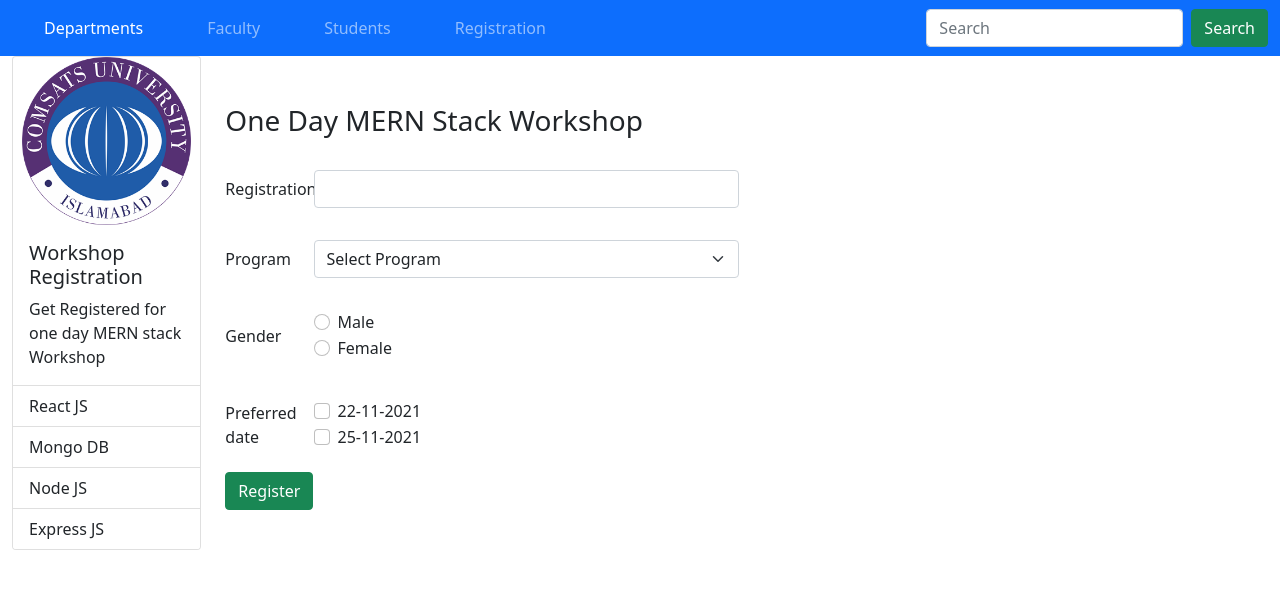
Repository: SaudCh/Web-Mid-Exams
Page: /register
An editor plug-in stored every save of this project. The page is shown before and after the next save, followed by the edit.
The browser window is 1280 px wide. The pictures show the whole page.
The project was rebuilt for these pictures with package versions that can differ from the ones it lists, and the page was loaded fresh each time. Also part of the build but not shown: src/Invalid/invalid.jsx, src/Students/student.jsx.

Above is the page before, as saved 2021-11-27 09:33:15.

### src/App.js
import React from "react";
import {
  BrowserRouter as Router,
  Switch,
  Route,
  Redirect,
} from "react-router-dom";
import "../node_modules/bootstrap/dist/css/bootstrap.min.css";
import "../node_modules/bootstrap/dist/js/bootstrap.bundle.min";
import Header from "./Shared/Header";
import SideBar from "./Shared/SideBar";
import Register from "./Register/register";
import Invalid from "./Invalid/invalid";
import Student from "./Students/student";

export default function App() {
  return (
    <Router>
      <Header />
      <div className="container-fluid">
        <div className="row">
          <div className="col-12 col-md-2">
            <SideBar />
          </div>
          <div className="col-12 col-md-10">
            <Switch>
              <Route path="/" exact>
                <div></div>
              </Route>
              <Route path="/register/" exact>
                <Register />
              </Route>
              <Route path="/invalid/" exact>
                <Invalid />
              </Route>
              <Route path="/list/:register/:program/:gender/:date" exact>
                <Student />
              </Route>
              <Redirect to="/invalid/" />
            </Switch>
          </div>
        </div>
      </div>
    </Router>
  );
}

### src/Shared/Header.jsx
import React from "react";
import "./Header.css";
import { Link } from "react-router-dom";
export default function Header() {
  return (
    <nav class="navbar navbar-expand-lg navbar-dark bg-primary">
      <div class="container-fluid">
        <Link to="/" class="navbar-brand logo" href="#">
          COMSATS University Islamabad
        </Link>
        <button
          class="navbar-toggler"
          type="button"
          data-bs-toggle="collapse"
          data-bs-target="#navbarSupportedContent"
          aria-controls="navbarSupportedContent"
          aria-expanded="false"
          aria-label="Toggle navigation"
        >
          <span class="navbar-toggler-icon"></span>
        </button>
        <div class="collapse navbar-collapse" id="navbarSupportedContent">
          <ul class="navbar-nav me-auto mb-2 mb-lg-0">
            <li class="nav-item mx-md-4">
              <Link to="/" class="nav-link active" aria-current="page" href="#">
                Departments
              </Link>
            </li>
            <li class="nav-item mx-md-4">
              <Link to="/" class="nav-link" href="#">
                Faculty
              </Link>
            </li>

            <li class="nav-item mx-md-4">
              <Link
                to="/list/sp19-bcs-078/BCS/Male/22-11-201"
                class="nav-link"
                href="#"
                tabindex="-1"
                aria-disabled="true"
              >
                Students
              </Link>
            </li>
            <li class="nav-item mx-md-4">
              <Link
                to="/register/"
                class="nav-link"
                href="#"
                tabindex="-1"
                aria-disabled="true"
              >
                Registration
              </Link>
            </li>
          </ul>
          <form class="d-flex">
            <input
              class="form-control me-2"
              type="search"
              placeholder="Search"
              aria-label="Search"
            />
            <button
              class="btn btn-outline-success btn-success text-white"
              type="submit"
            >
              Search
            </button>
          </form>
        </div>
      </div>
    </nav>
  );
}

### src/Shared/SideBar.jsx
import React from "react";

export default function SideBar() {
  return (
    <div class="card">
      <img
        src={process.env.PUBLIC_URL + "/comsats-logo.png"}
        class="card-img-top"
        style={{ width: "90%", alignSelf: "center" }}
        alt="..."
      />
      <div class="card-body">
        <h5 class="card-title">Workshop Registration</h5>
        <p class="card-text">Get Registered for one day MERN stack Workshop</p>
      </div>
      <ul class="list-group list-group-flush">
        <li class="list-group-item">React JS</li>
        <li class="list-group-item">Mongo DB</li>
        <li class="list-group-item">Node JS</li>
        <li class="list-group-item">Express JS</li>
      </ul>
    </div>
  );
}

### src/Register/register.jsx
import React, { useRef, useState } from "react";
import { Link, useHistory } from "react-router-dom";
import { Formik, Form, Field } from "formik";
import * as Yup from "yup";

export default function Register() {
  let history = useHistory();
  // const handleSubmit = (e) => {
  //   e.preventDefault();

  //   history.push(
  //     `/list/${Registration.current.value}/${Program.current.value}/male/22-11-2021`
  //   );
  // };

  const SignupSchema = Yup.object().shape({
    registration: Yup.string().required("Registration Required"),
    program: Yup.string().required("Program Required"),
    gender: Yup.string().required("Gender Required"),
    date: Yup.array().min(1, "Date Required").max(1, "Max 1 Date"),
  });

  return (
    <div className="my-5">
      <h3>One Day MERN Stack Workshop</h3>
      <Formik
        initialValues={{
          registration: "",
          program: "",
          gender: "",
          date: [],
        }}
        validationSchema={SignupSchema}
        onSubmit={(values, { setSubmitting }) => {
          setTimeout(() => {
            console.log(values);

            history.push(
              `/list/${values.registration}/${values.program}/${values.gender}/${values.date}`
            );
          }, 2000);
        }}
        validate={(values) => {
          let error = {};

          // if (!values.registration) {
          //   error.registration = "Registration Number Required";
          // }

          if (values.program === "0") {
            error.program = "Program Required";
          }

          // if (!values.gender) {
          //   error.gender = "Gender Required";
          // }

          // if (!values.date) {
          //   error.date = "Date Required";
          // }

          return error;
        }}
      >
        {({
          handleSubmit,
          handleChange,
          values,
          errors,
          handleBlur,
          isSubmitting,
        }) => (
          <Form onSubmit={handleSubmit}>
            {/*********Registration********** */}
            <div class="row g-3 align-items-center my-3">
              <div class="col-1">
                <label for="registration" class="col-form-label">
                  Registration
                </label>
              </div>
              <div class="col-5">
                <Field
                  onChange={handleChange}
                  type="text"
                  id="registration"
                  class="form-control"
                  name="registration"
                  value={values.registration}
                  onBlur={handleBlur}
                />
              </div>

              {errors.registration && (
                <div class="alert alert-danger col-7" role="alert">
                  {errors.registration}
                </div>
              )}
            </div>
            {/*********Program****** */}
            <div class="row g-3 align-items-center my-3">
              <div class="col-1">
                <label for="program" class="col-form-label">
                  Program
                </label>
              </div>
              <div class="col-5">
                <Field
                  name="program"
                  as="select"
                  id="program"
                  class="form-select"
                  onChange={handleChange}
                  onBlur={handleBlur}
                >
                  <option value="0">Select Program</option>
                  <option value="BsCS">BsCS</option>
                  <option value="BsCE">BsSE</option>
                </Field>
              </div>
              {errors.program && (
                <div class="alert alert-danger col-7" role="alert">
                  {errors.program}
                </div>
              )}
            </div>
            {/*********Gender****** */}
            <div class="row g-3 align-items-center my-3">
              <div class="col-1">
                <label for="gender" class="col-form-label">
                  Gender
                </label>
              </div>
              <div class="col-5">
                <div class="form-check">
                  <Field
                    class="form-check-input"
                    type="radio"
                    name="gender"
                    value="male"
                    id="gender"
                  />
                  <label class="form-check-label" for="flexRadioDefault1">
                    Male
                  </label>
                </div>
                <div class="form-check">
                  <Field
                    class="form-check-input"
                    type="radio"
                    name="gender"
                    value="female"
                    id="gender"
                  />
                  <label class="form-check-label" for="flexRadioDefault2">
                    Female
                  </label>
                </div>
              </div>
              {errors.gender && (
                <div class="alert alert-danger col-7" role="alert">
                  {errors.gender}
                </div>
              )}
            </div>
            {/*********Date****** */}
            <div class="row g-3 align-items-center my-3">
              <div class="col-1 ">
                <label for="date" class="col-form-label">
                  Preferred date
                </label>
              </div>
              <div class="col-5">
                <div class="form-check">
                  <Field
                    class="form-check-input"
                    type="checkbox"
                    value="22-11-2021"
                    id="flexCheckDefault"
                    name="date"
                  />
                  <label class="form-check-label" for="flexCheckDefault">
                    22-11-2021
                  </label>
                </div>
                <div class="form-check">
                  <Field
                    class="form-check-input"
                    type="checkbox"
                    value="25-11-2021"
                    id="flexCheckChecked"
                    name="date"
                  />
                  <label class="form-check-label" for="flexCheckChecked">
                    25-11-2021
                  </label>
                </div>
              </div>
              {errors.date && (
                <div class="alert alert-danger col-7" role="alert">
                  {errors.date}
                </div>
              )}
            </div>
            {/*********Button********* */}
            <div>
              <button
                disabled={isSubmitting}
                type="submit"
                className="btn btn-success"
              >
                Register
              </button>
            </div>
          </Form>
        )}
      </Formik>
    </div>
  );
}

### src/Shared/Header.css
.logo {
  display: none;
}

Loaded but not shown: public/index.html (common file); src/index.js (common file); src/index.css (common file); src/reportWebVitals.js (common file)

After the next save:
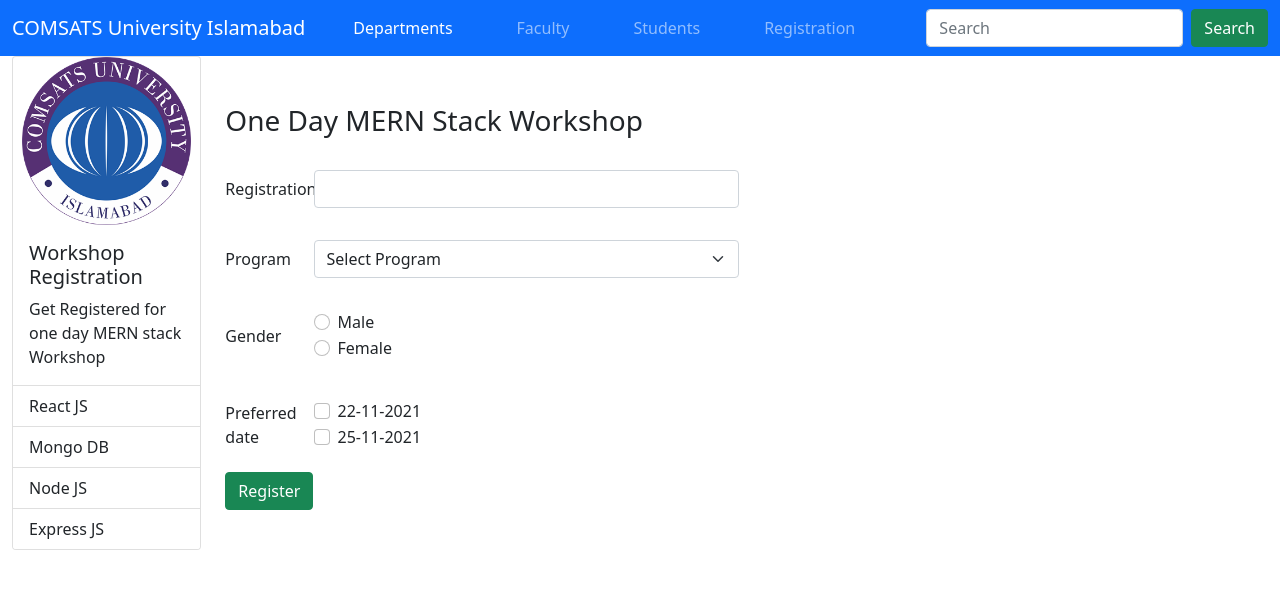
Saved 21 s later.
--- a/src/Shared/Header.css
+++ b/src/Shared/Header.css
@@ -1,3 +1,2 @@
-.logo {
-  display: none;
+@media screen and (max-width: 300) {
 }
